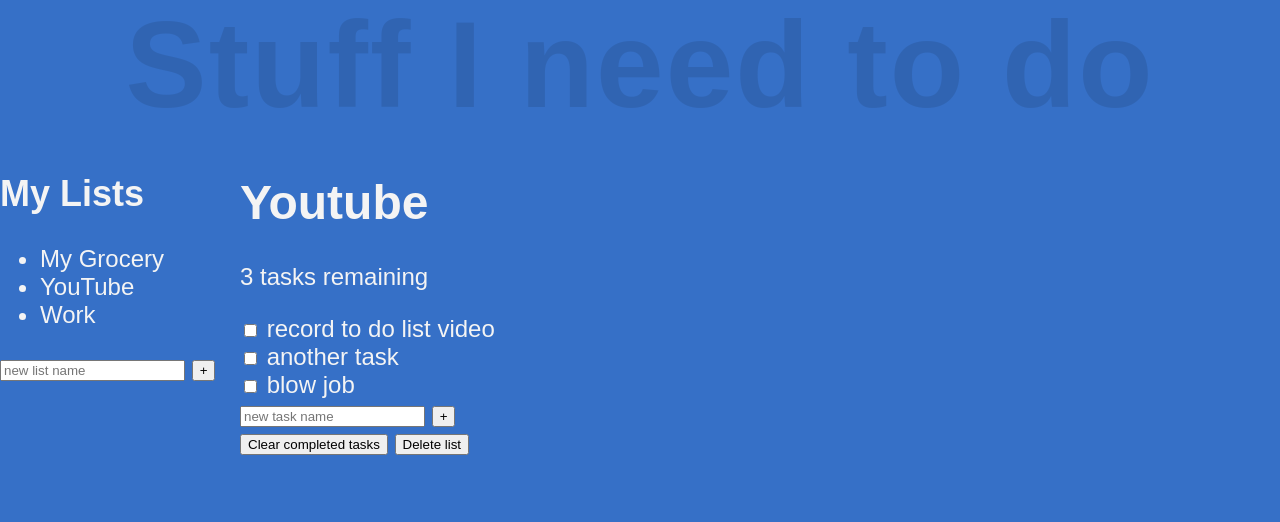
Repository: MohammadMazloum123/To-Do-List-App-
Page: index.html
The author's editor kept a copy of each file at every save. The page is drawn from the files as they stood at one save, then again after a run of saves.
The browser window is 1280 px wide. The pictures show the whole page.

Above is the page before, as saved 2024-02-15 12:35:21.

### index.html
<!DOCTYPE html>
<html lang="en">
<head>
    <meta charset="UTF-8">
    <meta name="viewport" content="width=device-width, initial-scale=1.0">
    <title>To-Do List</title>
    <link rel="stylesheet" href="styles.css">
</head>
<body>
    <h1 class="title">Stuff I need to do</h1>
    <div class="all-tasks">
        <h2 class="task-list-title">My Lists</h2>
        <ul class="task-liist">
            <li class="active-list">My Grocery</li>
            <li>YouTube</li>
            <li>Work</li>
        </ul>
        <form>
            <input type="text" class="new list" placeholder="new list name" aria-label="new list name">
            <button class="btn list" aria-label="create new list">+</button>
        </form>
    </div>
    <div class="todo-list">
        <div class="todo-header">
            <h1 class="list-title">Youtube</h1>
            <p class="task-count">3 tasks remaining</p>
        </div>
        <div class="todo-body">
            <div class="tasks">
                <div class="task">
                    <input type="checkbox" id="task-1">
                    <label for="task-1">
                        <span class="custom-checkbox"></span>
                        record to do list video
                    </label>
                </div>
                <!--Task 1-->
                <div class="task">
                    <input type="checkbox" id="task-2">
                    <label for="task-2">
                        <span class="custom-checkbox"></span>
                        another task
                    </label>
                </div>
                <!--Task 2-->
                <div class="task">
                    <input type="checkbox" id="task-3">
                    <label for="task-3">
                        <span class="custom-checkbox"></span>
                        blow job
                    </label>
                </div>
                <!--Task 3-->
            </div>
            <div class="new-task-creator">
                <form>
                    <input type="text" class="new list" placeholder="new task name" aria-label="new task name">
                    <button class="btn task" aria-label="create new task">+</button>
                </form>
            </div>
            <div class="delete-stuff">
                <button class="btn delete">Clear completed tasks</button>
                <button class="btn delete">Delete list</button>
            </div>
        </div>
    </div>

</body>
</html>

### styles.css
:root{
    --clr-primary: rgb(54, 112, 199);
    --clr-light: #f4f4f4;
    --clr-dark:#333;
    --clr-warning: rgb(99, 36, 36);
}
*,
*::before,
*::after{
    font-family: inherit;
    box-sizing: border-box;
}

body{
    margin: 0;
    font-family: "Work Sans", sans-serif;
    font-weight: 300;
    font-size: 1.5rem;
    background-color: var(--clr-primary);
    color: var(--clr-light);
    display: grid;
    grid:
        "header header header header" auto
        "...... lists active ......" auto /
        1fr minmax(100px, 300px) minmax(250px, 500px) 1fr;
}
.title{
    grid-area: header;
    text-align: center;
    font-weight: 800;
    font-size: calc(7vw + 2rem);
    color: rgba(0, 0, 0, .1);
    margin: -.3rem 0 0.5rem;
    letter-spacing: 2px;
}
.all-tasks{

}

After the next 2 saves:
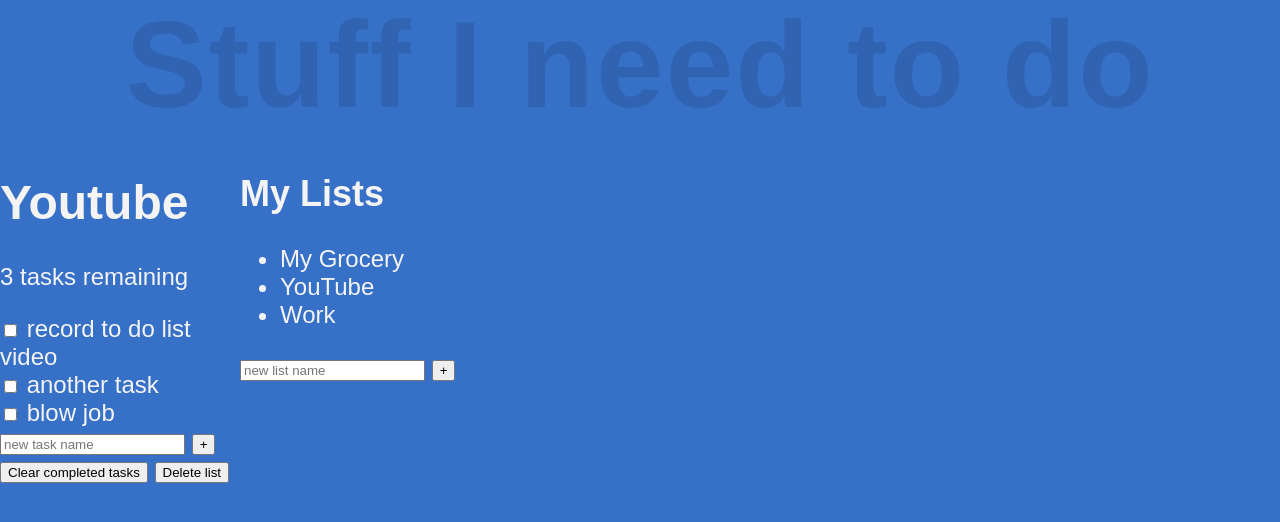
The 2 saves are shown as one change because they came seconds apart.
The last was saved 7 s later.
--- a/styles.css
+++ b/styles.css
@@ -34,5 +34,5 @@ body{
     letter-spacing: 2px;
 }
 .all-tasks{
-
+    grid-area: lists;
 }
